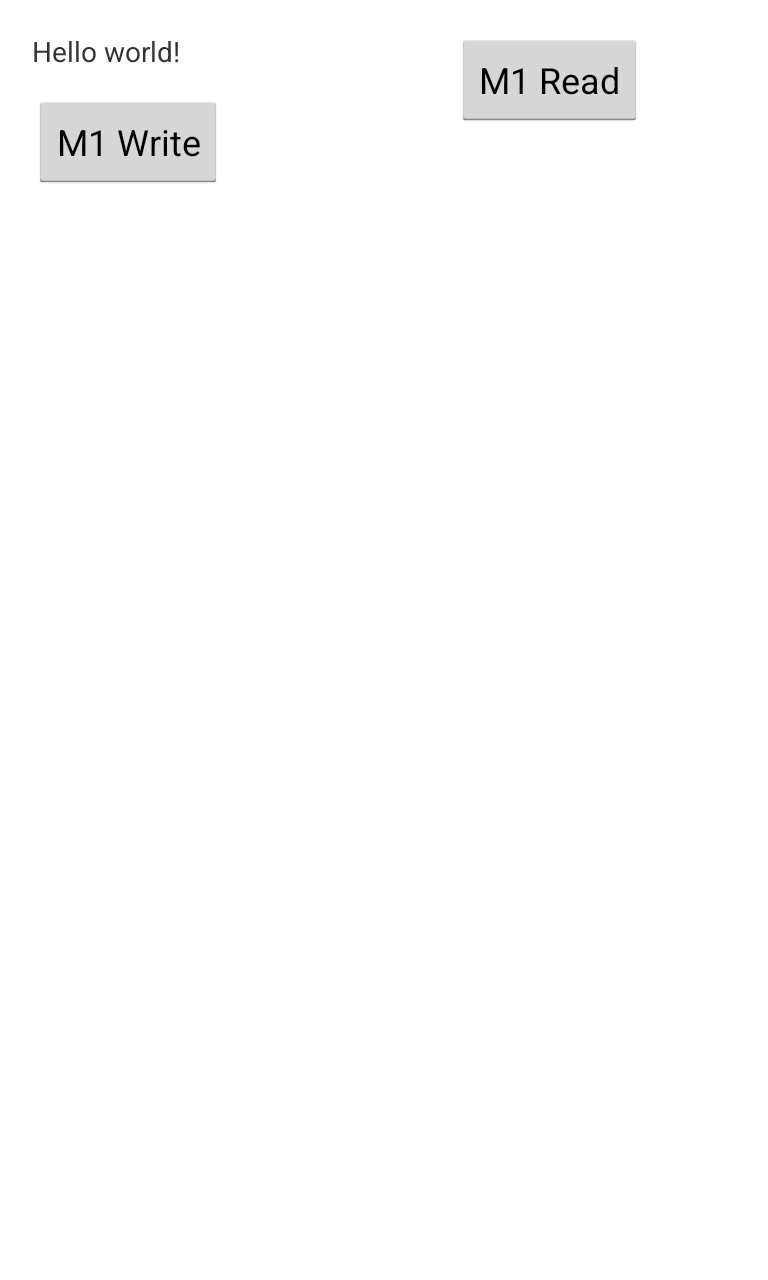
Repository: sparrow1058/nfc
Layout: nfc/res/layout/activity_main.xml
These files come from the project's save history. The layout is drawn as it stood at one moment and after the next save; the edit follows.
It is drawn on a 768 x 1280 px phone screen (xhdpi) without system bars, with theme AppTheme; the app's code is not run.

Above is the layout before, as saved 2018-06-15 06:58:26.

After the next save:
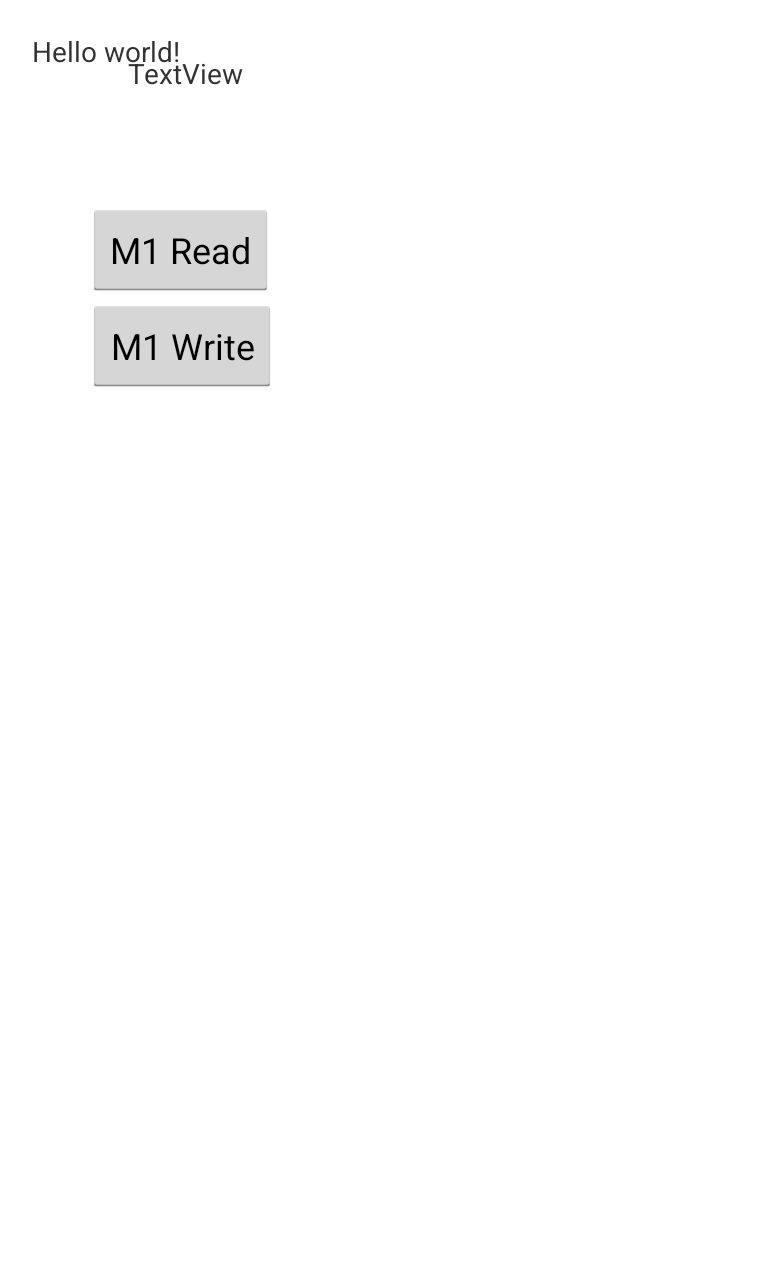
Saved 10 min 44 s later.
--- a/nfc/res/layout/activity_main.xml
+++ b/nfc/res/layout/activity_main.xml
@@ -9,27 +9,37 @@
     tools:context=".MainActivity" >
 
     <TextView
-        android:id="@+id/textView1"
+        android:id="@+id/infoText"
         android:layout_width="800px"
         android:layout_height="600px"
         android:text="@string/hello_world" />
 
     <Button
+        android:id="@+id/bt_write"
+        android:layout_width="wrap_content"
+        android:layout_height="wrap_content"
+        android:layout_alignLeft="@+id/bt_read"
+        android:layout_below="@+id/bt_read"
+        android:text="M1 Write" />
+
+    <Button
         android:id="@+id/bt_read"
         android:layout_width="wrap_content"
         android:layout_height="wrap_content"
-        android:layout_alignParentRight="true"
         android:layout_alignTop="@+id/textView1"
-        android:layout_marginRight="46dp"
+        android:layout_marginLeft="27dp"
+        android:layout_marginTop="85dp"
+        android:layout_toRightOf="@+id/textView1"
         android:text="M1 Read" />
 
-    <Button
-        android:id="@+id/bt_write"
+    <TextView
+        android:id="@+id/textView2"
         android:layout_width="wrap_content"
         android:layout_height="wrap_content"
-        android:layout_alignLeft="@+id/button1"
-        android:layout_below="@+id/button1"
-        android:layout_marginTop="31dp"
-        android:text="M1 Write" />
+        android:layout_alignRight="@+id/bt_read"
+        android:layout_alignTop="@+id/textView1"
+        android:layout_marginRight="16dp"
+        android:layout_marginTop="11dp"
+        android:text="TextView" />
 
 </RelativeLayout>
